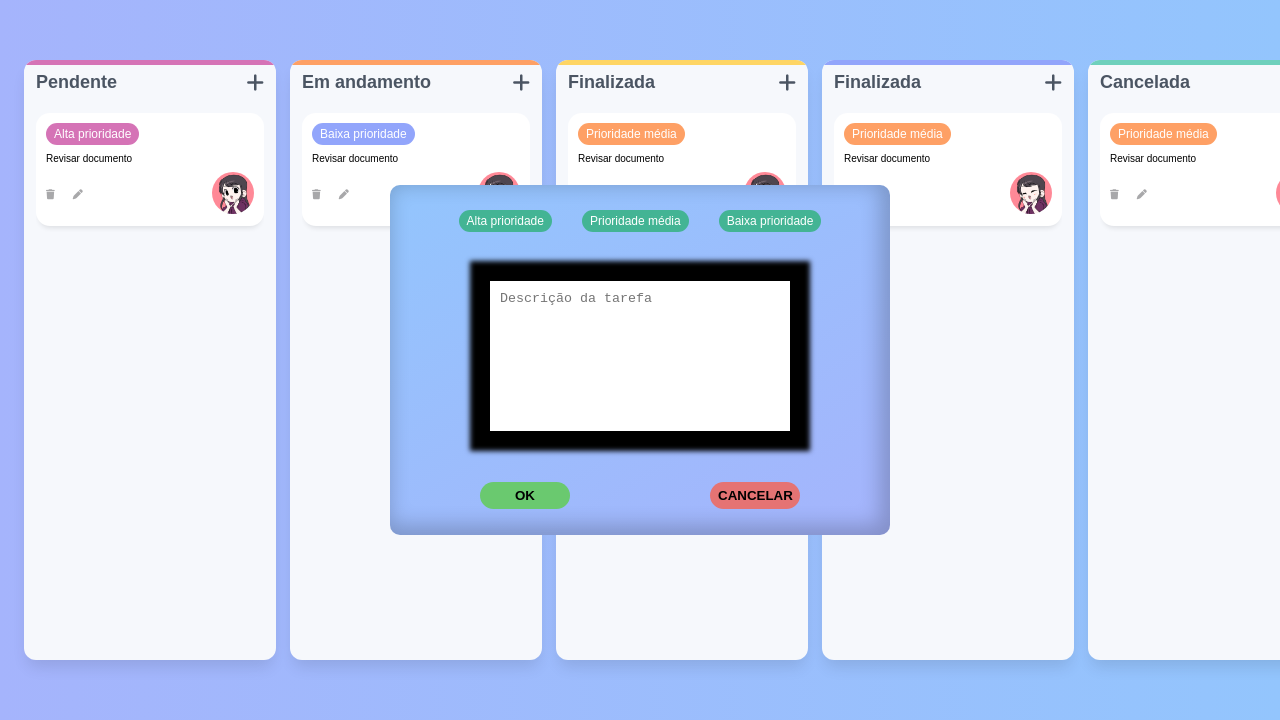
Repository: Marinalr-25/ProjetoToDoList
Page: index.html
The author's editor kept a copy of each file at every save. The page is drawn from the files as they stood at one save, then again after the next save.
The browser window is 1280 px wide. The pictures show the whole page.
Some web fonts or font styles are not loaded; a fallback is used. Some web libraries are served in a nearby version.

Above is the page before, as saved 2024-10-31 19:31:46.

After the next save:
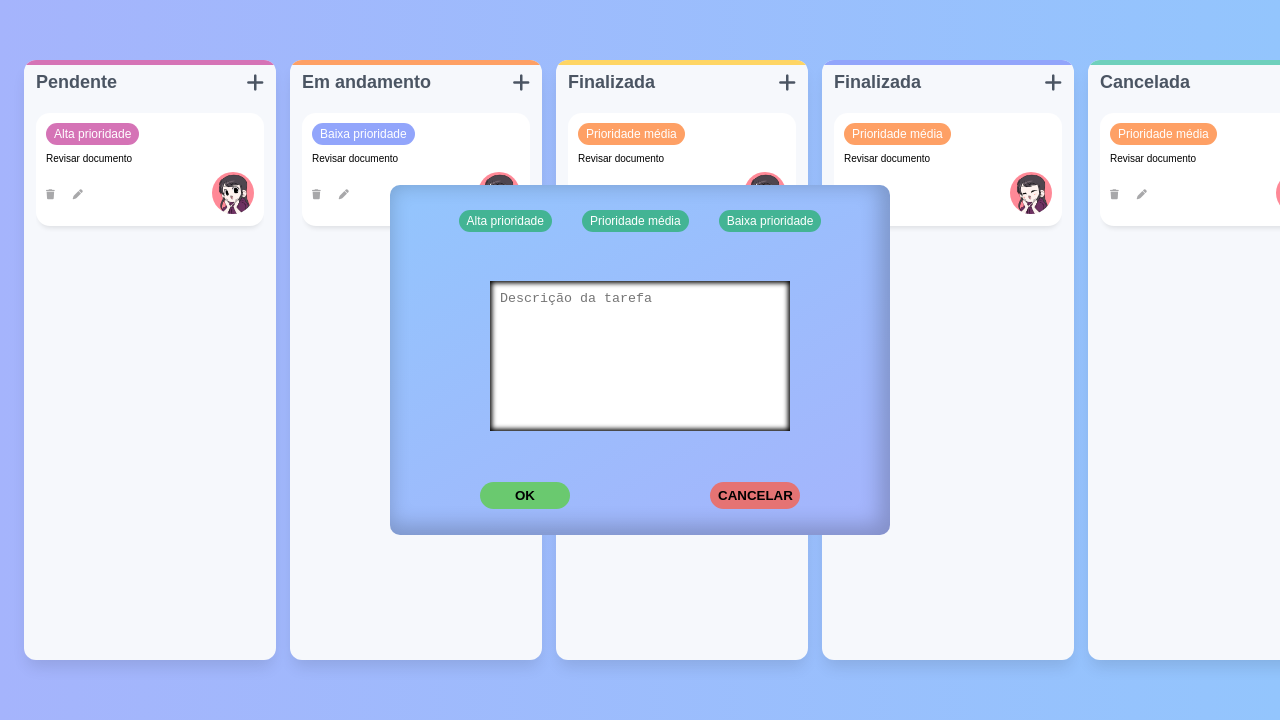
Saved 9 s later.
--- a/css/style.css
+++ b/css/style.css
@@ -238,7 +238,7 @@ label:hover {
   padding: 1rem;
   border: 0;
   resize: none;
-  box-shadow: 0 0 0.5rem 2rem #000;
+  box-shadow: inset 0 0 0.5rem 0.2rem #000;
 }
 
 .caixa_texto::placeholder {
